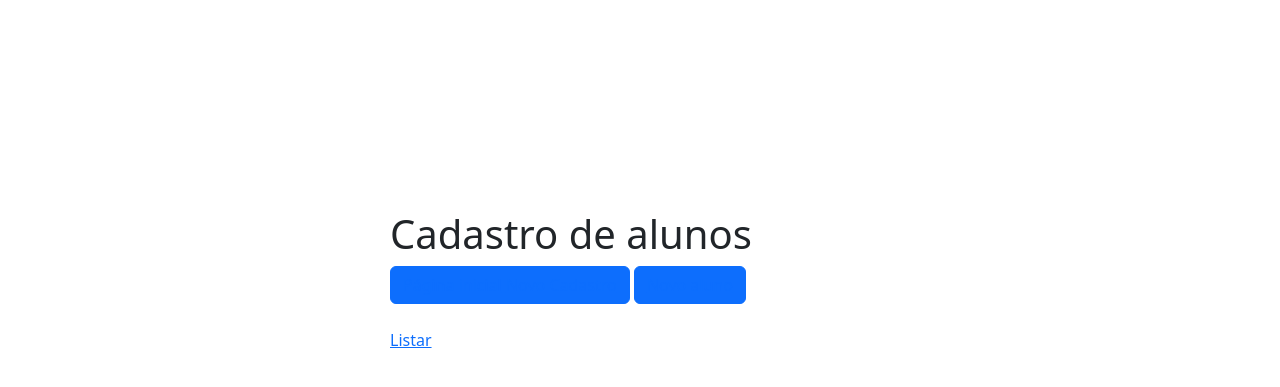
Repository: juliatbarbosa/CRUD-ALUNOS
Page: http://localhost/OlaMundo/alunos/cadastro/index.jsp
These files come from the project's save history. The page is drawn as it stood at one moment and after the next save; the edit follows.
The browser window is 1280 px wide. The pictures show the whole page.
The page is served by Tomcat 9.

Above is the page before, as saved 2024-09-29 21:07:37.

After the next save:
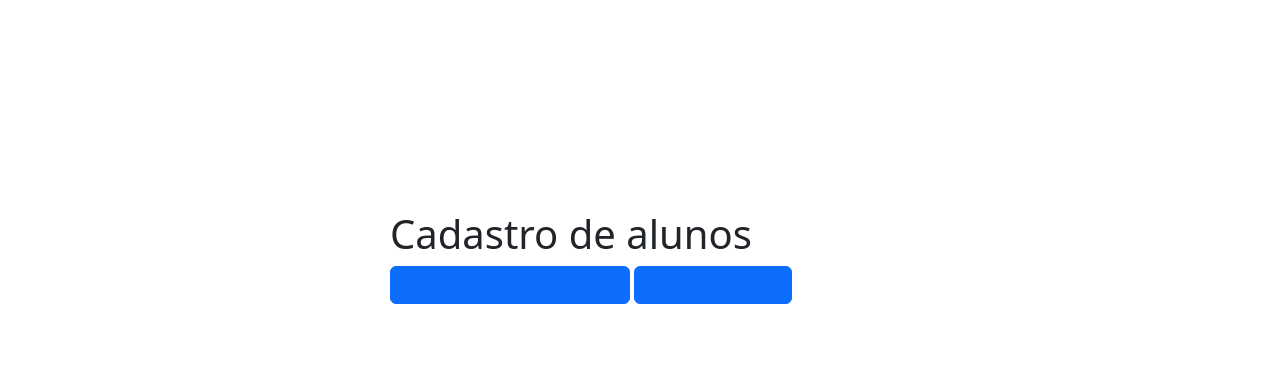
Saved 6 s later.
--- a/OlaMundo/src/main/webapp/alunos/cadastro/index.jsp
+++ b/OlaMundo/src/main/webapp/alunos/cadastro/index.jsp
@@ -40,11 +40,11 @@ body {
 			</button>
 			<button type="button" class="btn btn-primary">
 				<a href="formulario.jsp?id=0">Novo aluno</a>
+				<a href="listar.jsp">Listar</a>
 			</button>
 
 		</div>
 	<br/>
-	<a href="listar.jsp">Listar</a>
 
 	</div>
 
